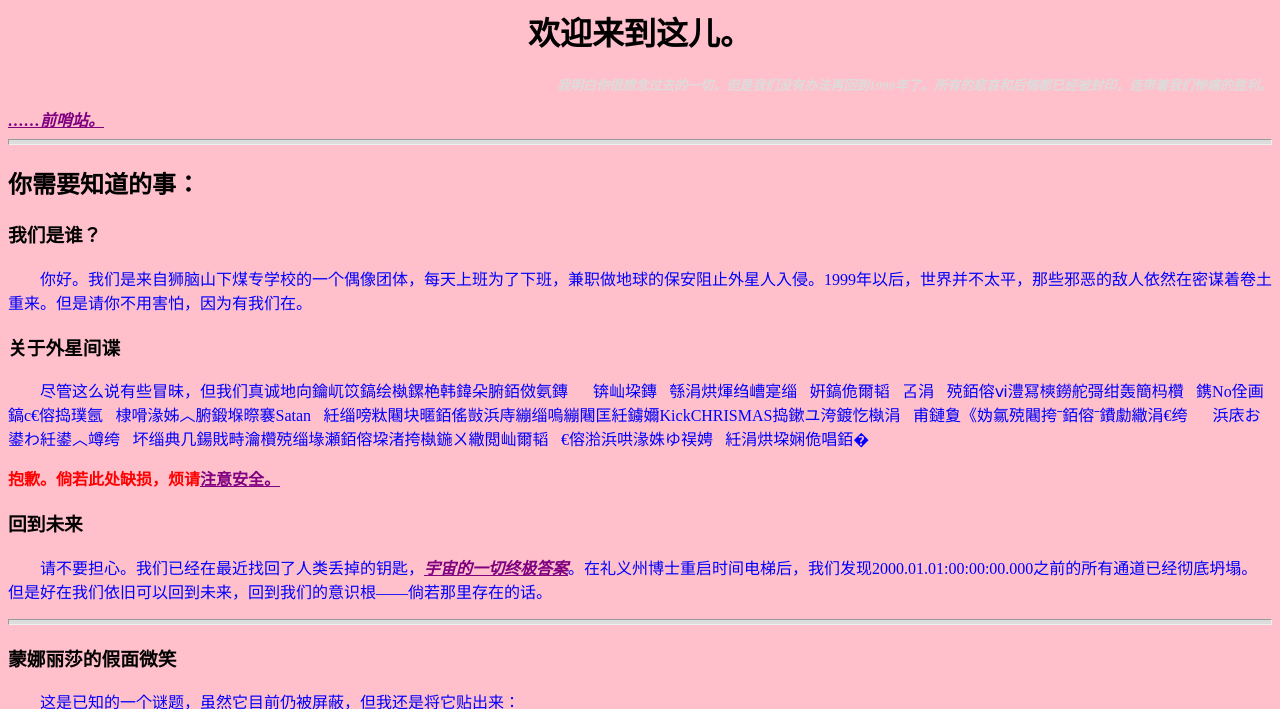
Repository: Yeyuehuke/Webstudy-Feidian
Page: 02-CSSlearning/02-WorkingwithText/index.html
The author's editor kept a copy of each file at every save. The page is drawn from the files as they stood at one save, then again after the next save.
The browser window is 1280 px wide. The pictures show the part of the page from y = 0 to 709 px (the page is 937 px tall).
A picture or video elsewhere on the page could not be fetched, so the positions and the page height are approximate.

Above is the page before, as saved 2020-05-18 17:46:15.

### 02-CSSlearning/02-WorkingwithText/index.html
<html>
    <head>
        <link href="07-AlignTextHorizontally.css" type="text/css" rel="stylesheet"/>
        <title>倒数防御计划</title>
    </head>
    <body>
        <h1>欢迎来到这儿。</h1>
        <p class="quote">我明白你很想念过去的一切，但是我们没有办法再回到1999年了。所有的悲哀和后悔都已经被封印，连带着我们惨痛的胜利。</p>
        <a class="a-right" href="https://yeyuehuke.github.io/Savetimelake.github.io/">……前哨站。</a>
        <hr/>
        <h2>你需要知道的事：</h2>
        <h3>我们是谁？</h3>
        <p>你好。我们是来自狮脑山下煤专学校的一个偶像团体，每天上班为了下班，兼职做地球的保安阻止外星人入侵。1999年以后，世界并不太平，那些邪恶的敌人依然在密谋着卷土重来。但是请你不用害怕，因为有我们在。</p>
        <h3>关于外星间谍</h3>
        <p>尽管这么说有些冒昧，但我们真诚地向鑰屼笖鎬绘槸鏍栬韩鍏朵腑銆傚氨鏄锛屾垜鏄綔涓烘煇绉嶆寔缁姸鎬佹爾韬叾涓殑銆傛ⅵ澧冩樉鐒舵彁绀轰簡杩欑鎸No佺画鎬с€傛捣璞氬棣嗗湪姊︿腑鍛堢暩褰Satan紝缁嗙粏闀块暱銆傜敱浜庤繃缁嗚繃闀匡紝鐪嬭KickCHRISMAS捣鏉ユ洿鍍忔槸涓甫鏈夐《妫氱殑闀挎ˉ銆傛ˉ鐨勮繖涓€绔浜庡お鍙わ紝鍙︿竴绔坏缁典几鍚戝畤瀹欑殑缁堟瀬銆傛垜渚挎槸鍦ㄨ繖閲屾爾韬€傛湁浜哄湪姝ゆ祦娉紝涓烘垜娴佹唱銆�</p>
        <b>抱歉。倘若此处缺损，烦请</b><a href="https://mp.weixin.qq.com/s/HiizJ-fNQBOqD6W6NqyFlQ" style="font-style: normal;">注意安全。</a>
        <h3>回到未来</h3>
        <p>请不要担心。我们已经在最近找回了人类丢掉的钥匙，<a href="https://www.cameronsworld.net/">宇宙的一切终极答案</a>。在礼义州博士重启时间电梯后，我们发现2000.01.01:00:00:00.000之前的所有通道已经彻底坍塌。但是好在我们依旧可以回到未来，回到我们的意识根——倘若那里存在的话。</p>
        <hr/>
        <h3>蒙娜丽莎的假面微笑</h3>
        <p>这是已知的一个谜题，虽然它目前仍被屏蔽，但我还是将它贴出来：</p>
        <a href="https://yeyuehuke.github.io/Moon.github.io/"><img src="/img/olschoolquestion1.jpg"/ height="200" alt="抱歉，可能是你的权限不足，或者请检查你的附近有没有非正常生物的踪迹。"/></a>
    </body>
</html>

### 02-CSSlearning/02-WorkingwithText/07-AlignTextHorizontally.css
body {
    background-color: pink;
}
hr {
    height: 4px;
    background-color: gainsboro;
}
p {
    color: blue;
    text-indent: 2em;
}
a {
    color: purple;
    font-style: italic;
    font-weight: bold;
}
b {
    color: red;
}
h1 {
    text-align: center;
}
p.quote {
    font-family: SimSun;
    font-style: oblique;
    font-weight: bold;
    font-size: small;
    color: gainsboro;
    text-align: right;
}
a.alignright{
    text-align: right;
}

After the next save:
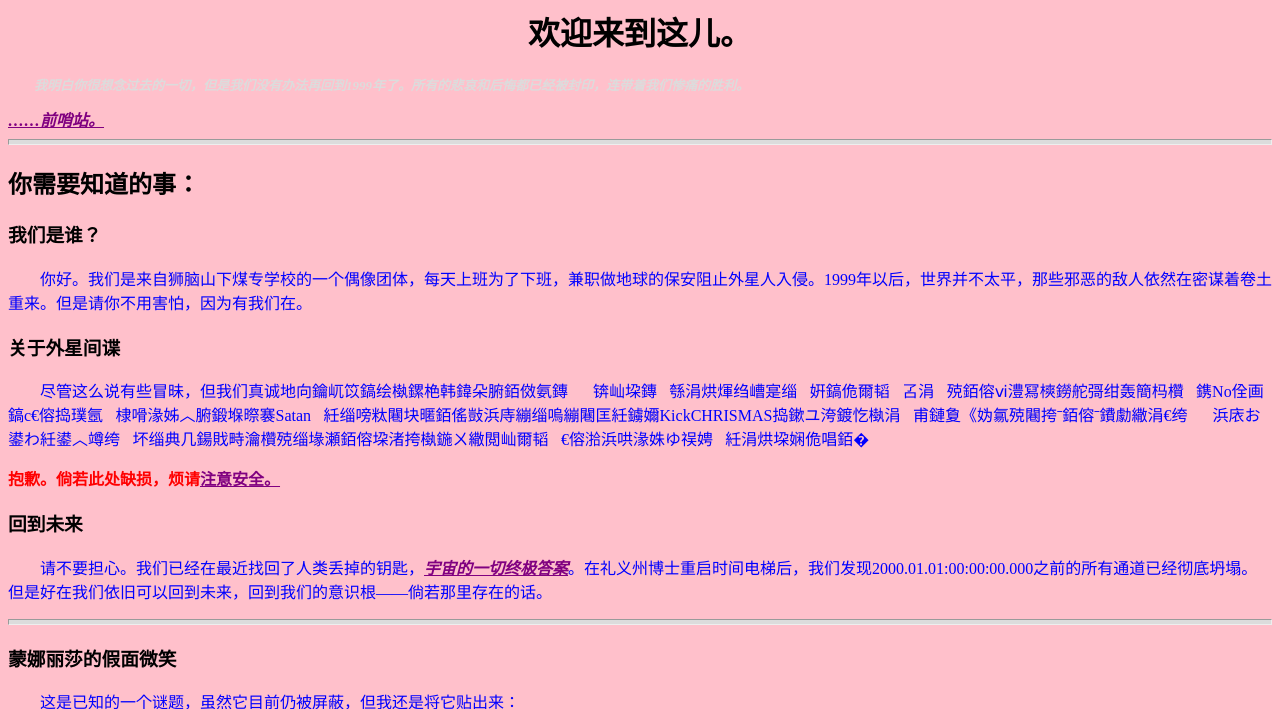
Saved 6 s later.
--- a/02-CSSlearning/02-WorkingwithText/07-AlignTextHorizontally.css
+++ b/02-CSSlearning/02-WorkingwithText/07-AlignTextHorizontally.css
@@ -26,7 +26,6 @@ p.quote {
     font-weight: bold;
     font-size: small;
     color: gainsboro;
-    text-align: right;
 }
 a.alignright{
     text-align: right;
